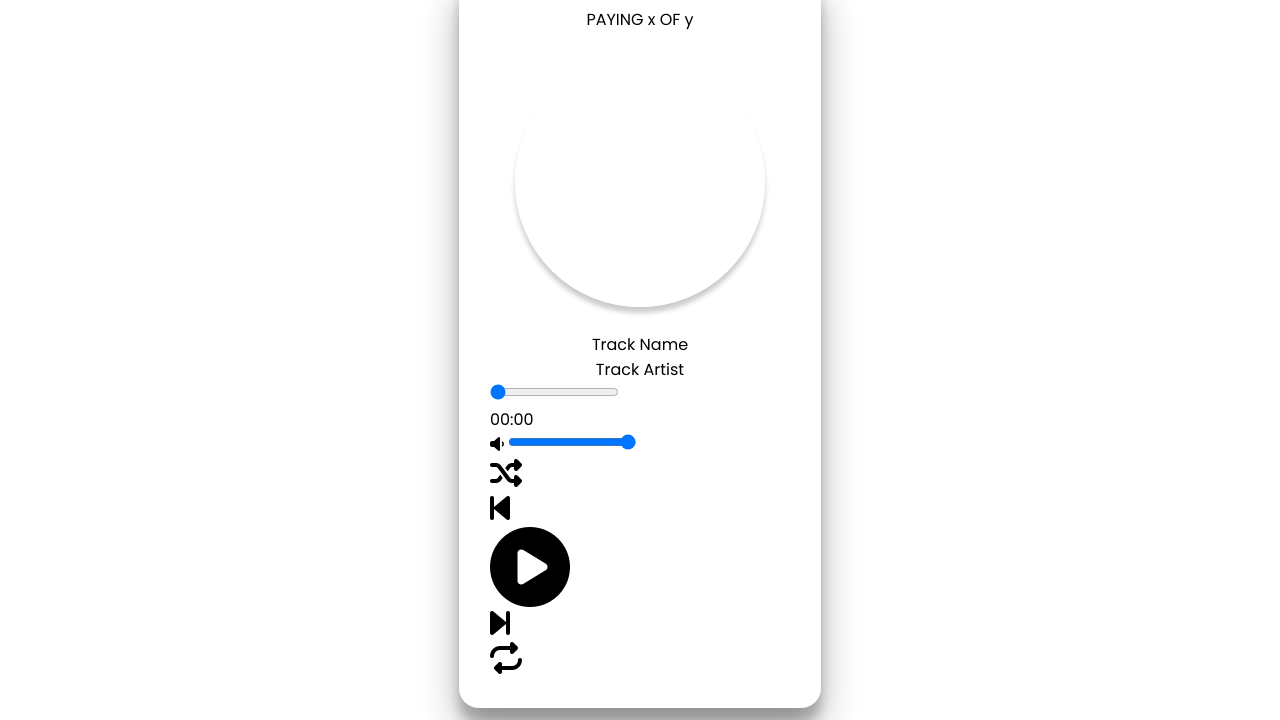
Repository: NguyenVietPhuQuy/Javascript-AudioPlayer
Page: index.html
These files come from the project's save history. The page is drawn as it stood at one moment and after a run of saves; the edit follows.
The browser window is 1280 px wide. The pictures show the whole page.

Above is the page before, as saved 2022-11-09 08:30:11.

### index.html
<!DOCTYPE html>
<html lang="en">
<head>
    <meta charset="UTF-8">
    <meta http-equiv="X-UA-Compatible" content="IE=edge">
    <meta name="viewport" content="width=device-width, initial-scale=1.0">
    <title>Music Player</title>
    <!--Font-Awesome-->
    <link rel="stylesheet" href="https://cdnjs.cloudflare.com/ajax/libs/font-awesome/6.2.0/css/all.min.css">
    <!--Css-->
    <link rel="stylesheet" href="index.css">
</head>
<body>
    <div class="player">
        <div class="wrapper">
            <div class="details">
                <div class="now-playing">PAYING x OF y</div>
                <div class="track-art"></div>
                <div class="track-name">Track Name</div>
                <div class="track-artist">Track Artist</div>
            </div>

            <div class="slider_container">
                <div class="current-time"></div>
                <input type="range" min="1" max="100" value="0"
                class="seek_slider" onchange="seekTo()">
                <div class="total-duration">00:00</div>
            </div>

            <div class="slider_container">
                <i class="fa fa-volume-down"></i>
                <input type="range" min="1" max="100" value="99"
                class="volume_slider" onchange="setVolume()">
            </div>

            <div class="buttons">
                <div class="random-track">
                    <i class="fas fa-random fa-2x" title="random"
                    onclick="randomTrack()"></i>
                </div>

                <div class="prev-track">
                    <i class="fas fa-step-backward fa-2x"
                    onclick="prevTrack()"></i>
                </div>

                <div class="playerpause-track">
                    <i class="fas fa-play-circle fa-5x"
                    onclick="playPauseTrack()"></i>
                </div>

                <div class="next-track">
                    <i class="fas fa-step-forward fa-2x"
                    onclick="nextTrack()"></i>
                </div>

                <div class="repeat-track">
                    <i class="fas fa-repeat fa-2x" title="repeat"
                    onclick="repeatTrack()"></i>
                </div>
            </div>

            <div id="wave">
                <span class="stroke"></span>
                <span class="stroke"></span>
                <span class="stroke"></span>
                <span class="stroke"></span>
                <span class="stroke"></span>
                <span class="stroke"></span>
                <span class="stroke"></span>
            </div>
        </div>
    </div>
    <!--Main-->
    <script src="index.js"></script>
</body>
</html>

### index.css
/*Font Google and base*/
@import url('https://fonts.googleapis.com/css2?family=Poppins&display=swap');
*{
    font-family: 'Poppins',sans-serif;
    box-sizing: border-box;
    margin: 0 auto;
}
img{
    width: 100%;
}
/*Main*/
.player{
    height: 95vh;
    display: flex;
    align-items: center;
    flex-direction: column;
    justify-content: center;
}
.wrapper{
    border: 1px solid transparent;
    padding: 30px;
    border-radius: 20px;
    box-shadow: rgba(0, 0, 0, 0.3) 0 19px 38px, rgba(0, 0, 0, 0.22) 0 15px 12px
}
.details{
    display: flex;
    align-items: center;
    flex-direction: column;
    justify-content: center;
}
.track-art{
    margin: 25px;
    height: 250px;
    width: 250px;
    border: 2px solid #fff;
    background-size: cover;
    background-position: center;
    box-shadow: 0px 6px 5px #ccc;
    border-radius: 190px;
}

Loaded but not shown: index.js (no copy from this time; the picture is the same without it)

After the next 2 saves:
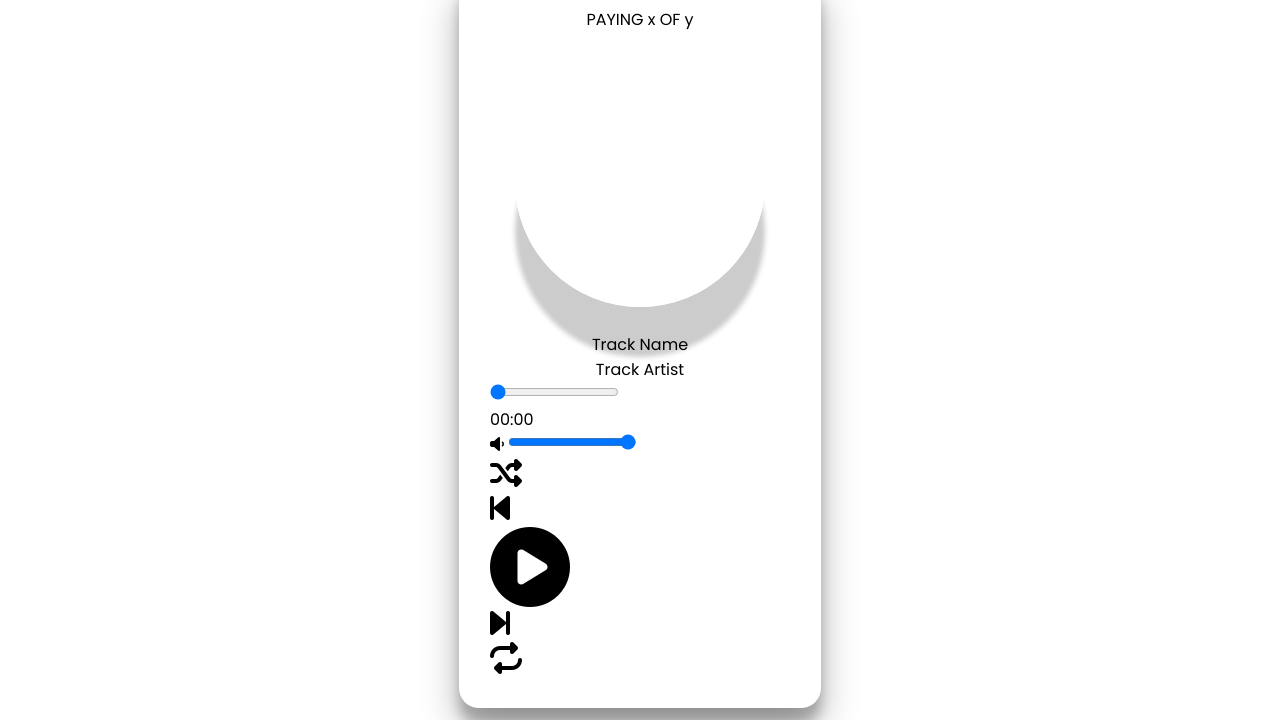
The 2 saves are shown as one change because they came seconds apart.
The last was saved 30 s later.
--- a/index.css
+++ b/index.css
@@ -35,6 +35,6 @@
     border: 2px solid #fff;
     background-size: cover;
     background-position: center;
-    box-shadow: 0px 6px 5px #ccc;
+    box-shadow: 0px 50px 5px #ccc;
     border-radius: 190px;
 }

After the 3 saves that followed:
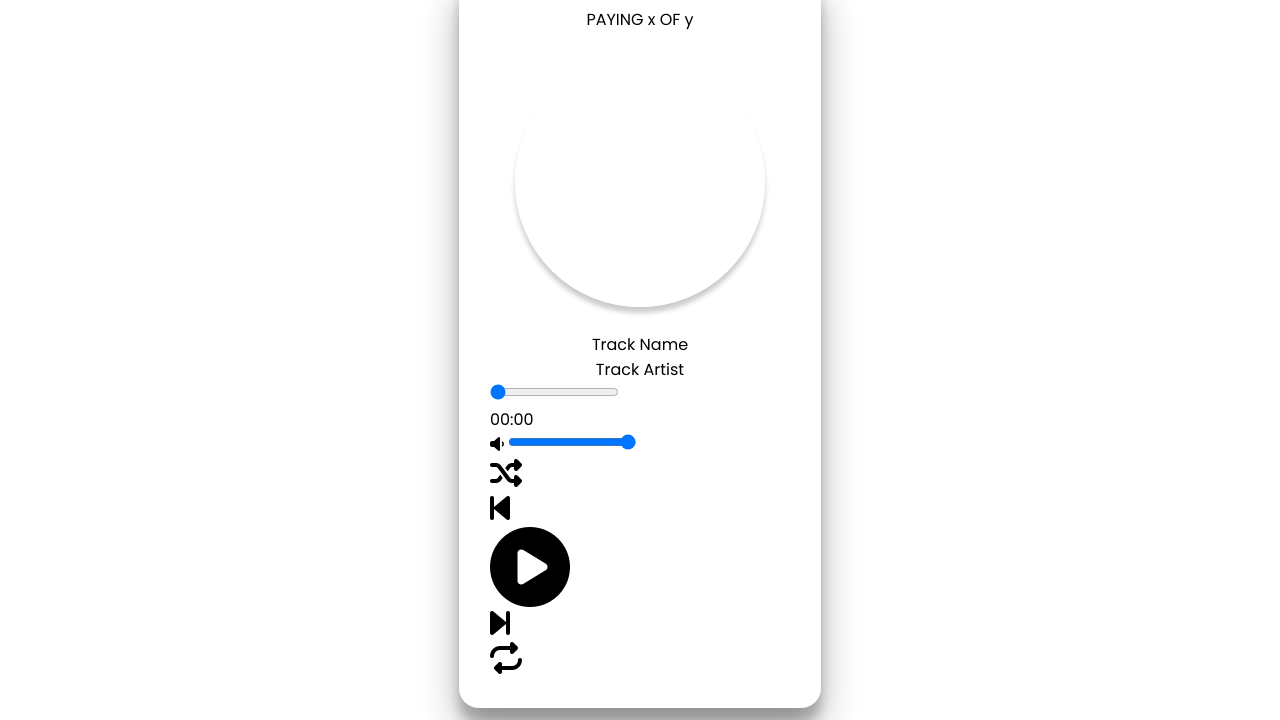
The 3 saves are shown as one change because they came seconds apart.
The last was saved 12 s later.
--- a/index.css
+++ b/index.css
@@ -35,6 +35,6 @@
     border: 2px solid #fff;
     background-size: cover;
     background-position: center;
-    box-shadow: 0px 50px 5px #ccc;
+    box-shadow: 0px 6px 5px #ccc;
     border-radius: 190px;
 }
